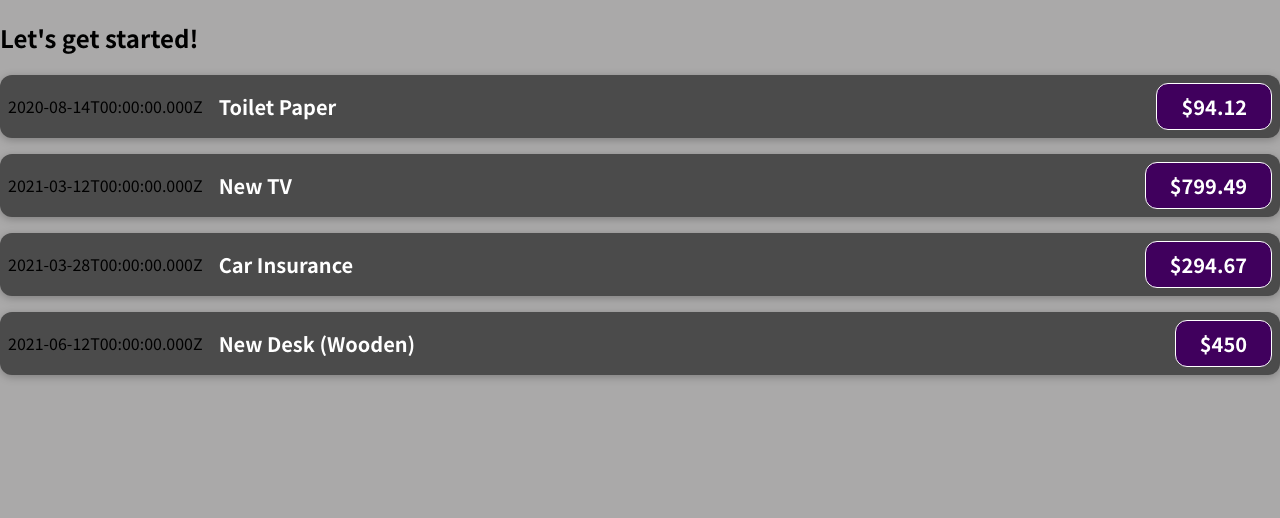
Repository: otvertka/MSC
Page: /
An editor plug-in stored every save of this project. The page is shown before and after the next save, followed by the edit.
The browser window is 1280 px wide. The pictures show the whole page.
The project was rebuilt for these pictures with package versions that can differ from the ones it lists, and the page was loaded fresh each time.

Above is the page before, as saved 2023-06-18 11:07:17.

### src/index.css
@import url("https://fonts.googleapis.com/css2?family=Noto+Sans+JP:wght@400;700&display=swap");

* {
  box-sizing: border-box;
}

html {
  font-family: "Noto Sans JP", sans-serif;
}

body {
  margin: 0;
  background-color: #aaa9a9;
}

### src/App.js
import ExpenseItem from "./components/ExpenseItem";
// import Products from "./components/Products";

function App() {
  const expenses = [
    {
      id: "e1",
      title: "Toilet Paper",
      amount: 94.12,
      date: new Date(2020, 7, 14),
    },
    { id: "e2", title: "New TV", amount: 799.49, date: new Date(2021, 2, 12) },
    {
      id: "e3",
      title: "Car Insurance",
      amount: 294.67,
      date: new Date(2021, 2, 28),
    },
    {
      id: "e4",
      title: "New Desk (Wooden)",
      amount: 450,
      date: new Date(2021, 5, 12),
    },
  ];
  return (
    <div>
      <h2>Let's get started!</h2>
      <ExpenseItem
        title={expenses[0].title}
        amount={expenses[0].amount}
        date={expenses[0].date}
      />
      <ExpenseItem
        title={expenses[1].title}
        amount={expenses[1].amount}
        date={expenses[1].date}
      />
      <ExpenseItem
        title={expenses[2].title}
        amount={expenses[2].amount}
        date={expenses[2].date}
      />
      <ExpenseItem
        title={expenses[3].title}
        amount={expenses[3].amount}
        date={expenses[3].date}
      />
    </div>
  );
}

export default App;

### src/components/ExpenseItem.js
import "./ExpenseItem.css";

function ExpenseItem(props) {
  return (
    //
    <div className="expense-item">
      <div>{props.date.toISOString()}</div>
      <div className="expense-item__description">
        <h2>{props.title}</h2>
        <div className="expense-item__price">${props.amount}</div>
      </div>
    </div>
  );
}

export default ExpenseItem;

### src/components/ExpenseItem.css
.expense-item {
  display: flex;
  justify-content: space-between;
  align-items: center;
  box-shadow: 0 2px 8px rgba(0, 0, 0, 0.25);
  padding: 0.5rem;
  margin: 1rem 0;
  border-radius: 12px;
  background-color: #4b4b4b;
}

.expense-item__description {
  display: flex;
  flex-direction: column;
  gap: 1rem;
  align-items: flex-end;
  flex-flow: column-reverse;
  justify-content: flex-start;
  flex: 1;
}

.expense-item h2 {
  color: #3a3a3a;
  font-size: 1rem;
  flex: 1;
  margin: 0 1rem;
  color: white;
}

.expense-item__price {
  font-size: 1rem;
  font-weight: bold;
  color: white;
  background-color: #40005d;
  border: 1px solid white;
  padding: 0.5rem;
  border-radius: 12px;
}

@media (min-width: 580px) {
  .expense-item__description {
    flex-direction: row;
    align-items: center;
    justify-content: flex-start;
    flex: 1;
  }

  .expense-item__description h2 {
    font-size: 1.25rem;
  }

  .expense-item__price {
    font-size: 1.25rem;
    padding: 0.5rem 1.5rem;
  }
}

Loaded but not shown: public/index.html (common file); src/index.js (common file)

After the next save:
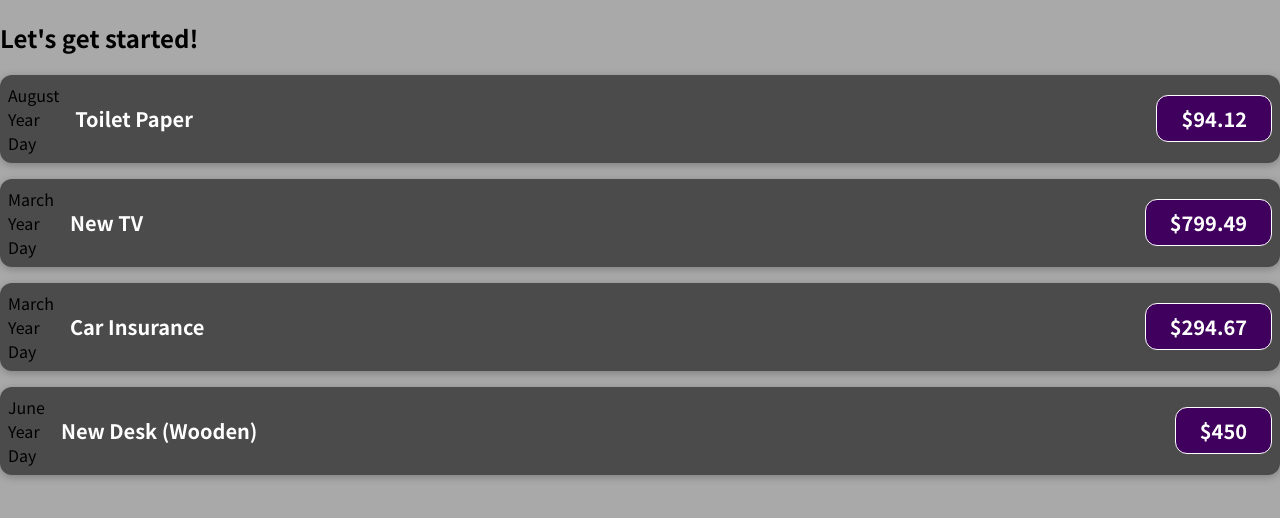
Saved 6 min 34 s later.
--- a/src/components/ExpenseItem.js
+++ b/src/components/ExpenseItem.js
@@ -4,7 +4,11 @@ function ExpenseItem(props) {
   return (
     //
     <div className="expense-item">
-      <div>{props.date.toISOString()}</div>
+      <div>
+        <div>{props.date.toLocaleString("en-US", { month: "long" })}</div>
+        <div>Year</div>
+        <div>Day</div>
+      </div>
       <div className="expense-item__description">
         <h2>{props.title}</h2>
         <div className="expense-item__price">${props.amount}</div>
